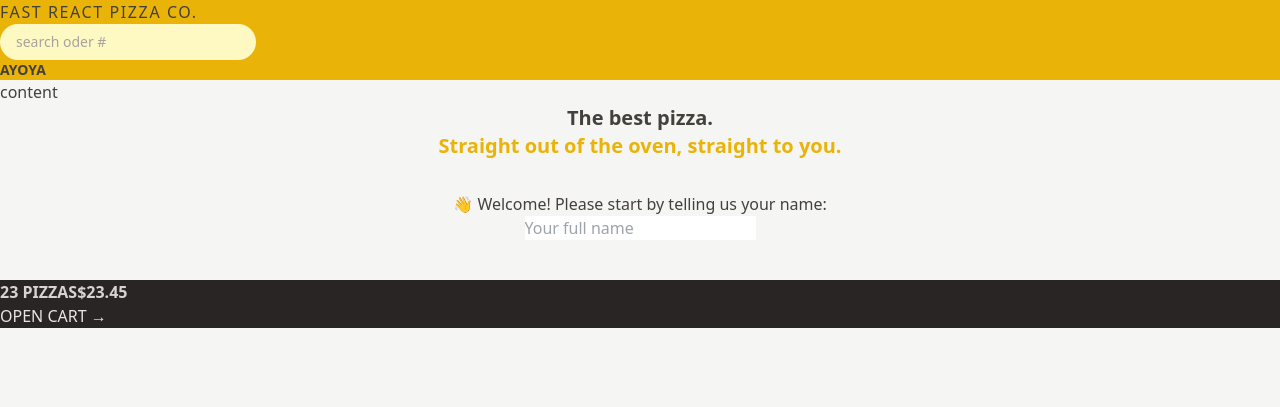
Repository: ayakhaled0001/pizza-delivery
Page: /
The author's editor kept a copy of each file at every save. The page is drawn from the files as they stood at one save, then again after a run of saves.
The browser window is 1280 px wide. The pictures show the whole page.
The project was rebuilt for these pictures with package versions that can differ from the ones it lists, and the page was loaded fresh each time. Also part of the build but not shown: vite.config.js, src/services/apiRestaurant.jsx, src/utilities/helpers.jsx, src/features/menu/MenuItem.jsx, src/features/menu/Menu.jsx, src/features/cart/Cart.jsx, src/features/order/Order.jsx, src/ui/Loader.jsx and 1 more. Imported but missing from the stored project, and not drawn on this page: src/features/order/CreateOrder.

Above is the page before, as saved 2025-05-01 02:33:37.

### index.html
<!DOCTYPE html>
<html lang="en">
  <head>
    <meta charset="UTF-8" />
    <link rel="icon" type="image/svg+xml" href="/vite.svg" />
    <meta name="viewport" content="width=device-width, initial-scale=1.0" />
    <title>Vite + React</title>
  </head>
  <body class="bg-stone-100 text-stone-700">
    <div id="root"></div>
    <script type="module" src="/src/main.jsx"></script>
  </body>
</html>

### src/App.jsx
import { createBrowserRouter, RouterProvider } from "react-router-dom";
import Home from "./ui/Home";
import Menu, { loader as menuLoader } from "./features/menu/Menu";
import Cart from "./features/cart/Cart";
import CreateOrder, {
  action as CreateOrderAction,
} from "./features/order/CreateOrder";
import Order, { loader as orderLoader } from "./features/order/Order";
import AppLayout from "./ui/AppLayout";
import Error from "./ui/Error";
const router = createBrowserRouter([
  {
    element: <AppLayout />,
    children: [
      { path: "/", element: <Home /> },
      {
        path: "/menu",
        element: <Menu />,
        loader: menuLoader,
        errorElement: <Error />,
      },
      { path: "/cart", element: <Cart /> },
      {
        path: "/order/new",
        element: <CreateOrder />,
        action: CreateOrderAction,
      },
      {
        path: "/order/:orderId",
        element: <Order />,
        loader: orderLoader,
        errorElement: <Error />,
      },
    ],
  },
]);
function App() {
  return <RouterProvider router={router} />;
}

export default App;

### src/ui/Home.jsx
import CreateUser from "../features/user/CreateUser";
function Home() {
  return (
    <div className="mb-10  text-center mb">
      <h1 className=" mb-8 text-xl  font-semibold ">
        The best pizza.
        <br />
        <span className="text-yellow-500">
          Straight out of the oven, straight to you.
        </span>
      </h1>
      <CreateUser />
    </div>
  );
}

export default Home;

### src/ui/AppLayout.jsx
import Header from "./Header";
import CartOverview from "../features/cart/CartOverview";
import { Outlet, useNavigation } from "react-router-dom";
import Loader from "./Loader";

function AppLayout() {
  const navigation = useNavigation();
  const isLoading = navigation.state === "loading";
  console.log(navigation.state);
  return (
    <div className="layout">
      {isLoading && <Loader />}
      <Header />
      <main>
        <p>content</p>
        <Outlet />
      </main>
      <CartOverview />
    </div>
  );
}

export default AppLayout;

### src/ui/Header.jsx
import { Link } from "react-router-dom";
import SearchOrder from "../features/order/SearchOrder.jsx";
import UserName from "../features/user/UserName.jsx";

function Header() {
  return (
    <header className="bg-yellow-500 uppercase">
      <Link to="/" className="tracking-widest">
        Fast React Pizza Co.
      </Link>
      <SearchOrder />
      <UserName />
    </header>
  );
}

export default Header;

### src/features/cart/CartOverview.jsx
import { Link } from "react-router-dom";

function CartOverview() {
  return (
    <div className="bg-stone-800 text-stone-200 uppercase">
      <p className="text-stone-300 font-semibold">
        <span>23 pizzas</span>
        <span>$23.45</span>
      </p>
      <Link to="/cart">Open cart &rarr;</Link>
    </div>
  );
}

export default CartOverview;

### src/features/order/SearchOrder.jsx
import { useState } from "react";
import { useNavigate } from "react-router-dom";

function SearchOrder() {
  const [query, setQuery] = useState("");
  const navigate = useNavigate();
  function handleSubmit(e) {
    e.preventDefault();
    if (!query) return;
    navigate(`/order/${query}`);
    setQuery("");
  }
  return (
    <form onSubmit={handleSubmit}>
      <input
        placeholder="search oder #"
        value={query}
        onChange={(e) => setQuery(e.target.value)}
        className="duration-300 sm:w-64 focus:outline-none focus:ring
         focus:ring-yellow-500 focus:ring-opacity-50  sm:focus:w-72 transition-all w-28
         bg-yellow-100 rounded-full px-4 py-2 text-sm placeholder:text-stone-400"
      />
    </form>
  );
}

export default SearchOrder;

### src/features/user/UserName.jsx
function UserName() {
  return <div className="text-sm font-semibold">ayoya</div>;
}

export default UserName;

Loaded but not shown: src/main.jsx (common file); src/index.css (common file); src/features/user/CreateUser.jsx (common file); tailwind.config.js (common file)

After the next 2 saves:
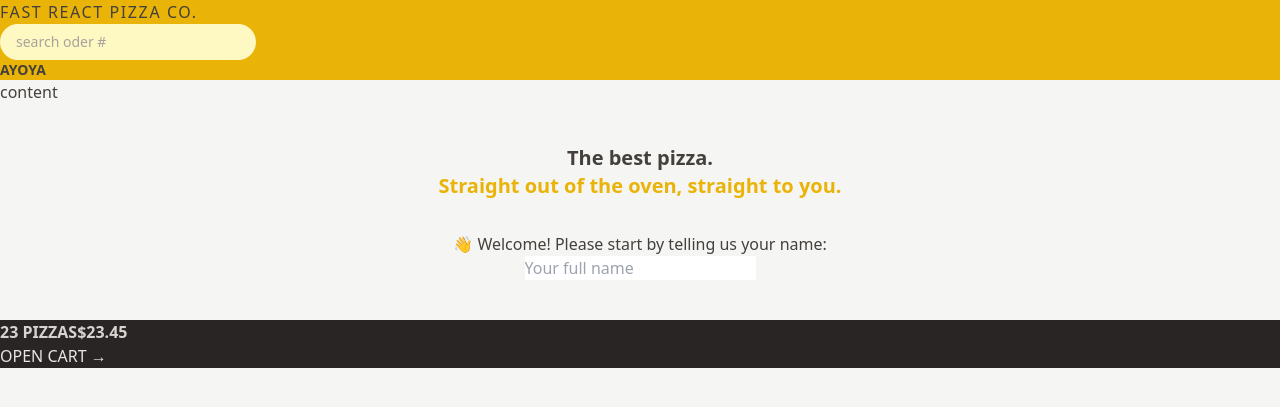
The 2 saves are shown as one change because they came seconds apart.
The last was saved 8 s later.
--- a/src/ui/Home.jsx
+++ b/src/ui/Home.jsx
@@ -1,7 +1,7 @@
 import CreateUser from "../features/user/CreateUser";
 function Home() {
   return (
-    <div className="mb-10  text-center mb">
+    <div className="my-10  text-center">
       <h1 className=" mb-8 text-xl  font-semibold ">
         The best pizza.
         <br />
